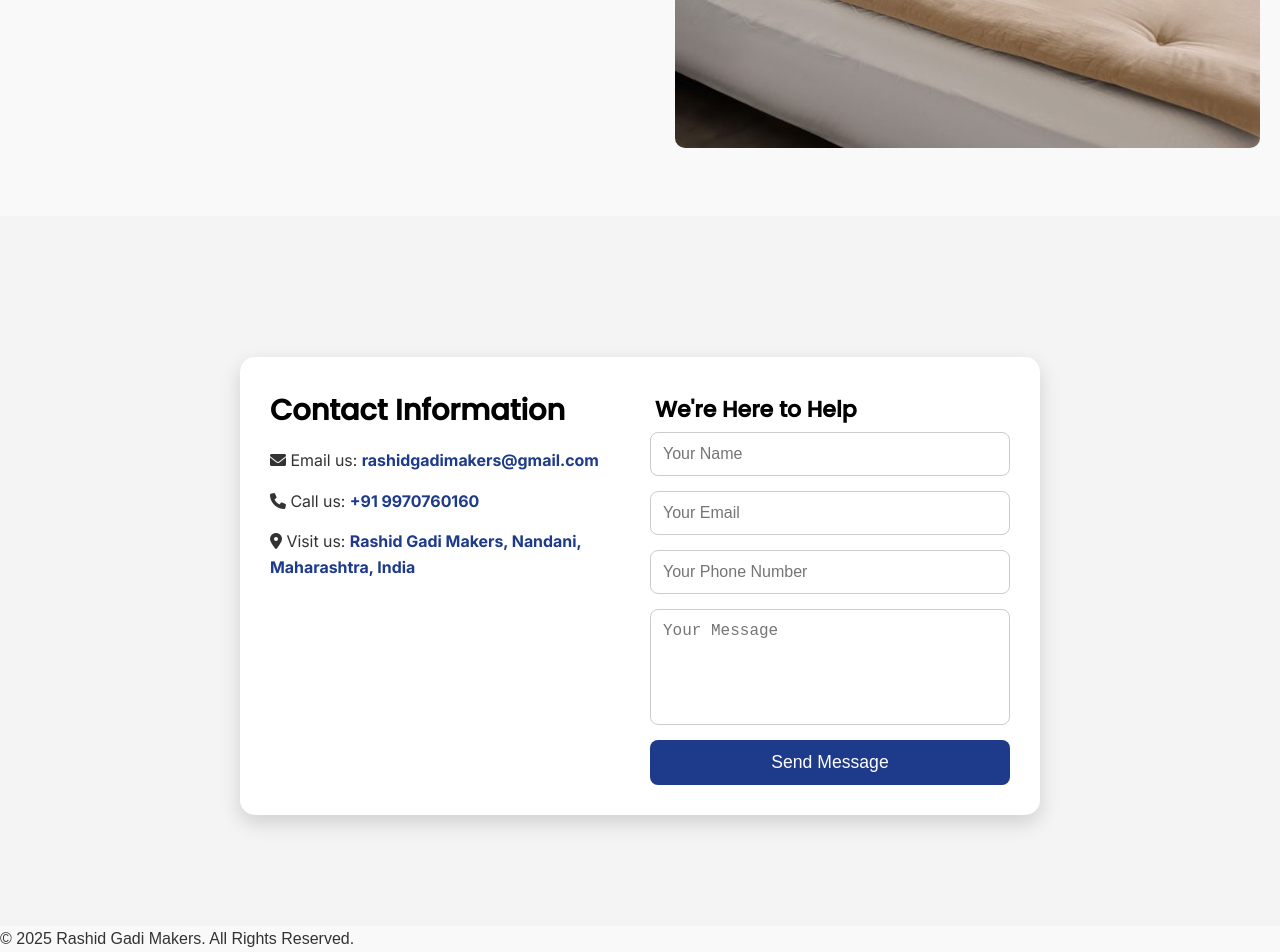
Repository: nadafgroup/rashidgadiUI
Page: src/home.html
These files come from the project's save history. The page is drawn as it stood at one moment and after the next save; the edit follows.
The browser window is 1280 px wide. The pictures show the part of the page from y = 2098 to 3050 px (the page is 3050 px tall).
A picture or video elsewhere on the page could not be fetched, so the positions and the page height are approximate.

Above is the page before, as saved 2025-01-30 18:18:36.

### src/home.html
<!DOCTYPE html>
<html lang="en">
<head>
    <meta charset="UTF-8">
    <meta name="viewport" content="width=device-width, initial-scale=1.0">
    <title>Rashid Gadi Makers</title>
   <link rel="stylesheet" href="./home.css">
</head>
<body>
    <!-- Navbar -->
    <nav class="navbar">
        <div class="logo">
            <img src="../assets/img/logo2.png" alt="">
        </div>
        <ul id="navbar-links">
            <li><a href="#home">Home</a></li>
            <li><a href="#services">Services</a></li>
            <li><a href="#about">About Us</a></li>
            <li><a href="#contact">Contact Us</a></li>
        </ul>
        <!-- Hamburger Icon -->
        <div class="hamburger-icon" id="hamburger-icon">
            <div class="bar"></div>
            <div class="bar"></div>
            <div class="bar"></div>
        </div>
    </nav>

    <!-- Hero Section -->
    <div class="hero" id="home">
        <div class="content">
            <h1>Welcome to Rashid Gadi Makers</h1>
            <p>Your one-stop solution for premium mattresses and pillows.</p>
        </div>
    </div>

 <!-- Services Section -->
<section class="services" id="services">
    <div class="container">
        <!-- Row for layout -->
        <div class="row">
            <!-- Image on the left -->
            <div class="services-image">
                <img src="../assets/img/11288324.png" alt="Services Image" />
            </div>
            <!-- Services content on the right -->
            <div class="services-content">
                <div class="text">
                <h2>Our Services</h2>
                <p>
                    We specialize in crafting high-quality mattresses, pillows, and other bedding
                    essentials to enhance your comfort and well-being.
                </p>
            </div>
                <!-- Services cards -->
                <div class="services-container">
                    <div class="service-card">
                        <h3>Bed Mattresses</h3>
                        <p>Experience unparalleled comfort with our premium bed mattresses, designed for restful nights.</p>
                        <button class="btn-more" onclick="openBed()">More</button>
                    </div>
                    <div class="service-card">
                        <h3>Pillows</h3>
                        <p>Luxurious and ergonomic pillows to ensure the perfect head and neck support.</p>
                        <button class="btn-more" onclick="openPillow()">More</button>
                    </div>
                    <div class="service-card">
                        <h3>Sofa Mattresses</h3>
                        <p>Custom-made sofa mattresses, combining style and comfort for your living space.</p>
                        <button class="btn-more" onclick="openSofa()">More</button>
                    </div>
                    <div class="service-card">
                        <h3>Mattress Repair</h3>
                        <p>Extend the life of your mattresses with our professional repair services.</p>
                        <button class="btn-more" onclick="openRepair()">More</button>
                    </div>
                    <div class="service-card">
                        <h3>Mattress Rent</h3>
                        <p>Rent hygienic, premium mattresses for temporary comfort ideal for guests, events, or short stays!</p>
                        <button class="btn-more" onclick="openRent()">More</button>
                    </div>

                    <div class="service-card">
                        <h3>Furniture</h3>
                        <p>"Discover stylish sofas, wardrobes, beds, and sofa beds in our furniture sale quality and comfort at great prices!"</p>
                        <button class="btn-more"  onclick="openFurniture()">More</button>
                    </div>
                </div>
            </div>
        </div>
    </div>
</section>




    <!-- About Us Section -->
<section class="about" id="about">
    <div class="about-container">
        <div class="about-text">
            <h2>About Us</h2>
            <p>
                At Rashid Gadi Makers, we've been creating high-quality mattresses and furniture since <b>1980</b>. Our mission is to provide comfort and support to our customers through premium bedding solutions. Whether you need a mattress, pillow, or custom furniture, we are here to meet all your needs with dedication and care.
            </p>
            <p>
                Located in Nandani, Maharashtra, we are proud to offer both direct sales and rental services. Our experienced team ensures the highest standards of quality and customer satisfaction. Trust us to deliver comfort for your home, office, or special events.
            </p>
        </div>
        <div class="about-image">
            <img src="../assets/img/about.jpg" alt="About Us">
        </div>
    </div>
</section>
    <!-- Contact Section -->
    <section id="contact">
        <div class="contacts-card">
            <div class="contact-page">
              <div class="main-content">
                  <div class="contact-card">
                     <!-- Include Font Awesome -->
<link rel="stylesheet" href="https://cdnjs.cloudflare.com/ajax/libs/font-awesome/6.0.0-beta3/css/all.min.css">

<div class="left-section">
    <h2>Contact Information</h2>
    <p>
        <i class="fas fa-envelope"></i> Email us:
        <a href="mailto:rashidgadimakers@gmail.com">rashidgadimakers@gmail.com</a>
    </p>
    <p>
        <i class="fa-solid fa-phone"></i> Call us:
        <a href="https://wa.me/+919970760160" target="_blank">+91 9970760160</a>
    </p>
    <p>
        <i class="fas fa-map-marker-alt"></i> Visit us:
        <a href="https://maps.app.goo.gl/m8q8q5HykzyQH5MR8" target="_blank">Rashid Gadi Makers, Nandani, Maharashtra, India</a>
    </p>
</div>


                      <div class="form-section">
                        <h2>We're Here to Help</h2>

                            <form action="https://api.web3forms.com/submit"  method="POST">

                              <!-- Web3Forms Access Key -->
                              <input type="hidden" name="apikey" value="6542ae57-249f-4950-9753-bf0288999d5a">
                              <input type="text"  name="name" id="name" placeholder="Your Name" required>
                              <input type="email"  name="email" id="email"  placeholder="Your Email" required>
                              <input type="phone"  name="phone" id="phone" placeholder="Your Phone Number" maxlength="10"
                              oninput="validatePhone(this)"  required>
                              <textarea rows="5" id="message"  name="message" placeholder="Your Message" required></textarea>
                              <button type="submit" >Send Message</button>
                          </form>
                      </div>
                  </div>
              </div>


          </div>
        </div>
    </section>

    <!-- Footer -->
    <footer>
        <p>&copy; 2025 Rashid Gadi Makers. All Rights Reserved.</p>
    </footer>

    <!-- WhatsApp Icon -->
<div class="whatsapp-icon" id="whatsapp-icon">
    <a href="https://wa.me/+919970760160" target="_blank">
        <img src="../assets/img/whatsapp (5).webp" alt="WhatsApp" style="width: 60px; height: auto;">
    </a>
</div>

</body>
<script src="./home.js"></script>
</html>

### src/home.css
@font-face {
    font-family: 'poppins';
    src: url('../assets/fonts/Poppins/Poppins-Medium.ttf') format('truetype');
}



@font-face {
    font-family: 'inter';
    src: url('../assets/fonts/Inter/Inter-VariableFont_opsz\,wght.ttf') format('truetype');
}

@font-face {
    font-family: 'Exo';
    src: url('../assets/fonts/Exo2-VariableFont_wght.ttf') format('truetype');
}


 * {
    margin: 0;
    padding: 0;
    box-sizing: border-box;
}

body {
    font-family: Arial, sans-serif;
    line-height: 1.6;
    background-color: #f9f9f9;
    color: #333;
}


.navbar {
    display: flex;
    justify-content: space-between;
    align-items: center;
    background-color: #23486A;
    color: white;
    position: sticky;
    top: 0;
    z-index: 1000;
}

.navbar .logo {
    font-size: 1.5rem;
    font-weight: bold;
}

.navbar ul {
    list-style: none;
    display: flex;
}

.navbar ul li {
    margin: 0 15px;
}

.navbar ul li a {
    text-decoration: none;
    color: white;
    transition: color 0.3s;
    font-family: 'poppins';
}

.navbar ul li a:hover {
    color: #ddd;
}

.logo img{
    width: auto;
    height: 50px;
    margin: 20px;
    margin-bottom: 0px;
}

.hero {
    display: flex;
    justify-content: center;
    align-items: center;
    text-align: center;
    background: url('../assets/img/1.webp') no-repeat center center/cover;
    height: 100vh;
    padding: 20px;
    animation: fadeIn 1.5s ease-in-out;
}

@keyframes fadeIn {
    from {
        opacity: 0;
        transform: translateY(-20px);
    }
    to {
        opacity: 1;
        transform: translateY(0);
    }
}



.content{
    backdrop-filter: blur(1px) saturate(180%);
    -webkit-backdrop-filter: blur(1px) saturate(180%);
    background-color: rgba(255, 255, 255, 0.74);
    border-radius: 12px;
    border: 1px solid rgba(209, 213, 219, 0.3);
    padding: 20px;
}

.content h1 {
    font-size: 3rem;
    background: linear-gradient(to right, #5c5cbe, #2b84c4);
    -webkit-background-clip: text;
    -webkit-text-fill-color: transparent;
    font-family: 'poppins';
}

.content p {
    font-size: 1.2rem;
    font-family: 'inter';

}



.services {
    padding: 0px 0;
    background-color: #f9f9f9;
}

.container {
    height: 100vh;
    background-color: #d9e8f2;
    display: flex;
    flex-direction: row;

}

.services-image img {
    max-width: 100%;
    height: auto;
    border-radius: 8px;
    margin-top: 30vh;
}

.row {
    display: flex;
    flex-wrap: wrap;
    width: 100%;
}


.services-image {
    flex: 1;
    order: 2;
    text-align: center;
}

.services-content {
    flex: 2;
    order: 1;
    padding-right: 30px;
    margin-top: 17vh;
}


.services-container {
    display: grid;
    grid-template-columns: repeat(3, 1fr);
    gap: 20px;
    padding: 20px;
}


@media (max-width: 992px) {

    .row {
        flex-direction: column;
    }

    .services-content, .services-image {
        order: unset;
        flex: unset;
        width: 100%;
    }

    .services-container {
        grid-template-columns: repeat(2, 1fr);
    }
}

@media (max-width: 576px) {
    .row {
        flex-direction: column;
    }

    .services-content {
        order: 1;
        text-align: center;
        padding: 20px;
    }

    .services-image {
        order: 2;
        text-align: center;
    }

    .services-container {
        grid-template-columns: repeat(1, 1fr);
    }
}

.text{
    text-align: left;
    padding: 20px;
}

.text h2 {
    font-size: 2rem;
    color: #333;
    font-family: 'poppins';
    margin-bottom: 0px;
}

.text p {
    font-size: 1rem;
    color: #666;
    font-family: 'inter';
}

.service-card {
    background: #fff;
    border: 1px solid #ddd;
    border-radius: 8px;
    padding: 20px;
    text-align: center;
    transition: box-shadow 0.3s ease;
}

.service-card:hover {
    box-shadow: 0 4px 8px rgba(0, 0, 0, 0.1);
}

.service-card h3 {
    margin-bottom: 10px;
    font-size: 1.2rem;
    color: #333;
    font-family: 'Exo';
}

.service-card p {
    font-size: 0.9rem;
    margin-bottom: 15px;
    color: #666;
    font-family: 'inter';
}

.btn-more {
    padding: 10px 20px;
    background: #007bff;
    color: #fff;
    border: none;
    border-radius: 4px;
    cursor: pointer;
    font-size: 0.9rem;
}

.btn-more:hover {
    background: #0056b3;
}




.about {
    padding: 60px 20px;
    background-color: #f9f9f9;
}

.about-container {
    display: flex;
    flex-wrap: wrap;
    align-items: center;
    justify-content: center;
    gap: 30px;
}

.about-text {
    flex: 1;
    min-width: 300px;
    text-align: left;
    padding: 20px;
}

.about-text h2 {
    font-family: 'Poppins';
    font-size: 2.5rem;
    color: #333;
    margin-bottom: 20px;
}

.about-text p {
    font-size: 1.1rem;
    color: #666;
    line-height: 1.8;
    font-family: 'Inter';
    margin-bottom: 20px;
}

.about-image {
    flex: 1;
    min-width: 300px;
    text-align: center;
}

.about-image img {
    max-width: 100%;
    height: auto;
    border-radius: 10px;
    margin-top: 80px;
}


@media (max-width: 768px) {
    .about-container {
        flex-direction: column;
        text-align: center;
    }
}






#contact{
    background-color: #f4f4f4;
}

.contact-page {
    display: flex;
    flex-direction: column;

    min-height: calc(100vh - 40px);




}

.contacts-card {
    width: 100%;
    padding-top: 30px;
}

.main-content {
    flex: 1;
    display: flex;
    justify-content: center;
    align-items: center;
}


.contact-card {
    background: white;
    padding: 30px;
    border-radius: 15px;
    box-shadow: 0 8px 20px rgba(0, 0, 0, 0.15);
    max-width: 800px;
    width: 100%;
    display: flex;
    flex-wrap: wrap;
    gap: 20px;
}

.contact-card .left-section {
    flex: 1;
    min-width: 300px;

}

.contact-card .left-section h2 {
    font-family: 'Poppins';
    font-size: 1.8rem;
    color: #000000;
    text-align: left;
}

.contact-card .left-section p {
    font-size: 1rem;
    margin: 15px 0;
    line-height: 1.6;
    font-family: 'Inter';
    text-align: left;
}

.contact-card .left-section a {
    color: #1e3a8a;
    text-decoration: none;
    font-weight: bold;
    text-align: left;
}

.contact-card .left-section a:hover {
    text-decoration: underline;
}

.contact-card .form-section {
    flex: 1;
    min-width: 300px;
}

.contact-card .form-section form {
    display: flex;
    flex-direction: column;
    gap: 15px;
}

.contact-card .form-section form input,
.contact-card .form-section form textarea {
    width: 100%;
    padding: 12px;
    font-size: 1rem;
    border: 1px solid #ccc;
    border-radius: 8px;
    outline: none;
}

.contact-card .form-section form textarea {
    resize: none;
}

.contact-card .form-section form button {
    padding: 12px;
    background-color: #1e3a8a;
    color: white;
    border: none;
    border-radius: 8px;
    font-size: 1.1rem;
    cursor: pointer;
    transition: background-color 0.3s ease;
}

.contact-card .form-section form button:hover {
    background-color: #163574;
}

.form-section h2 {
    font-family: 'Poppins';
    font-size: 22px;
    color: #000000;
    margin-left: 0px;
    margin: 5px;
}



@media (max-width: 576px){
  .content{
    margin-bottom: 100%;
  }
}


 /* General mobile responsiveness */
@media (max-width: 992px) {
    /* Adjusting the Services Section */
    .services-container {
        grid-template-columns: 1fr; /* 1 card per row */
    }

    .services-content, .services-image {
        order: unset;
        flex: unset;
        width: 100%;
    }

    .container {
        flex-direction: column; /* Stacks image and content vertically */
        height: auto; /* Remove full viewport height to avoid overflowing */
    }

    /* Navbar styling for smaller screens */
    .navbar ul {
        flex-direction: column; /* Stack navbar items vertically */
        text-align: center;
        padding: 10px 0;
    }

    .navbar ul li {
        margin: 10px 0;
    }

    /* Hero Section */
    .hero {
        height: 90vh;
        padding: 10px;
    }



    .content h1 {
        font-size: 2.5rem; /* Reduce text size for smaller screens */
    }

    .content p {
        font-size: 1rem;
    }

    /* About Section */
    .about-container {
        flex-direction: column;
        text-align: center;
    }

    .about-image {
        margin-top: 20px;
    }

    .about-text h2 {
        font-size: 2rem;
    }

    /* Contact Section */
    .contact-card {
        flex-direction: column; /* Stack form and contact details vertically */
        align-items: center;
        padding: 20px;
    }

    .contact-card .left-section, .contact-card .form-section {
        width: 100%;
        text-align: center;
    }

    .contact-card .left-section p, .contact-card .left-section a {
        text-align: center;
    }

    .contact-card .form-section form {
        width: 100%;
        padding: 0;
    }

    .contact-card .form-section form input,
    .contact-card .form-section form textarea,
    .contact-card .form-section form button {
        width: 100%;
        padding: 12px;
        margin-bottom: 10px;
    }

    /* Footer */
    footer {
        text-align: center;
        padding: 20px;
        font-size: 0.9rem;
    }
}

@media (max-width: 576px) {
    /* Adjusting font sizes further for very small screens (e.g., phones in portrait) */
    .content h1 {
        font-size: 2rem; /* Reduce the hero heading size */
    }

    .content p {
        font-size: 0.9rem; /* Reduce the hero paragraph font size */
    }

    .services-container {
        grid-template-columns: 1fr; /* Ensure only 1 card per row */
    }

    .service-card {
        padding: 15px; /* Reduce card padding */
        font-size: 0.9rem;
    }

    .service-card h3 {
        font-size: 1rem;
    }

    .about-text p {
        font-size: 0.95rem;
    }

    .about-text h2 {
        font-size: 1.8rem; /* Adjust about section heading size */
    }

    .btn-more {
        padding: 8px 16px; /* Reduce button padding */
        font-size: 0.8rem;
    }
}

/* Hamburger Icon */
.hamburger-icon {
    display: none; /* Initially hidden */
    flex-direction: column;
    cursor: pointer;
    z-index: 1001;
    margin-right: 20px;
}

.hamburger-icon .bar {
    width: 25px;
    height: 4px;
    margin: 4px 0;
    background-color: white;
    border-radius: 5px;
}

@media (max-width: 768px) {
    .navbar ul {
        display: none; /* Hide the navbar items on small screens */
        flex-direction: column;
        width: 100%;
        position: absolute;
        top: 60px; /* Adjust according to the height of the navbar */
        left: 0;
        background-color: #23486A;
        padding: 10px 0;
    }

    .navbar ul li {
        margin: 10px 0;
        text-align: center;
    }

    .hamburger-icon {
        display: flex; /* Show hamburger icon on small screens */
    }

    /* Navbar items when hamburger icon is clicked */
    .navbar.active ul {
        display: flex;
    }
}

/* WhatsApp Icon */
.whatsapp-icon {
    position: fixed;
    bottom: 20px;
    right: 20px;
    /* background-color: #25D366; */
    border-radius: 50%;
    padding: 15px;
    /* box-shadow: 0 4px 10px rgba(0, 0, 0, 0.2); */
    animation: bounce 2s infinite;
    z-index: 1000;
}

.whatsapp-icon img {
    width: 40px;
    height: 40px;
}

/* Bounce Animation */
@keyframes bounce {
    0%, 20%, 50%, 80%, 100% {
        transform: translateY(0);
    }
    40% {
        transform: translateY(-10px);
    }
    60% {
        transform: translateY(-5px);
    }
}

### src/home.js
 // Function to handle the button click event
 function openBed() {
   window.location.href = 'bed.html';
 }

 function openPillow() {
   window.location.href = 'pillow.html';
 }

 function openSofa() {
   window.location.href = 'sofa.html';
 }


 function openRepair() {
   window.location.href = 'repair.html';
 }

 function openRent() {
   window.location.href = 'rent.html';
 }

 function openFurniture() {
  window.location.href = 'furniture.html';
}


// JavaScript to toggle the navbar on click
document.getElementById('hamburger-icon').addEventListener('click', function() {
  var navbar = document.querySelector('.navbar');
  navbar.classList.toggle('active');
});

After the next save:
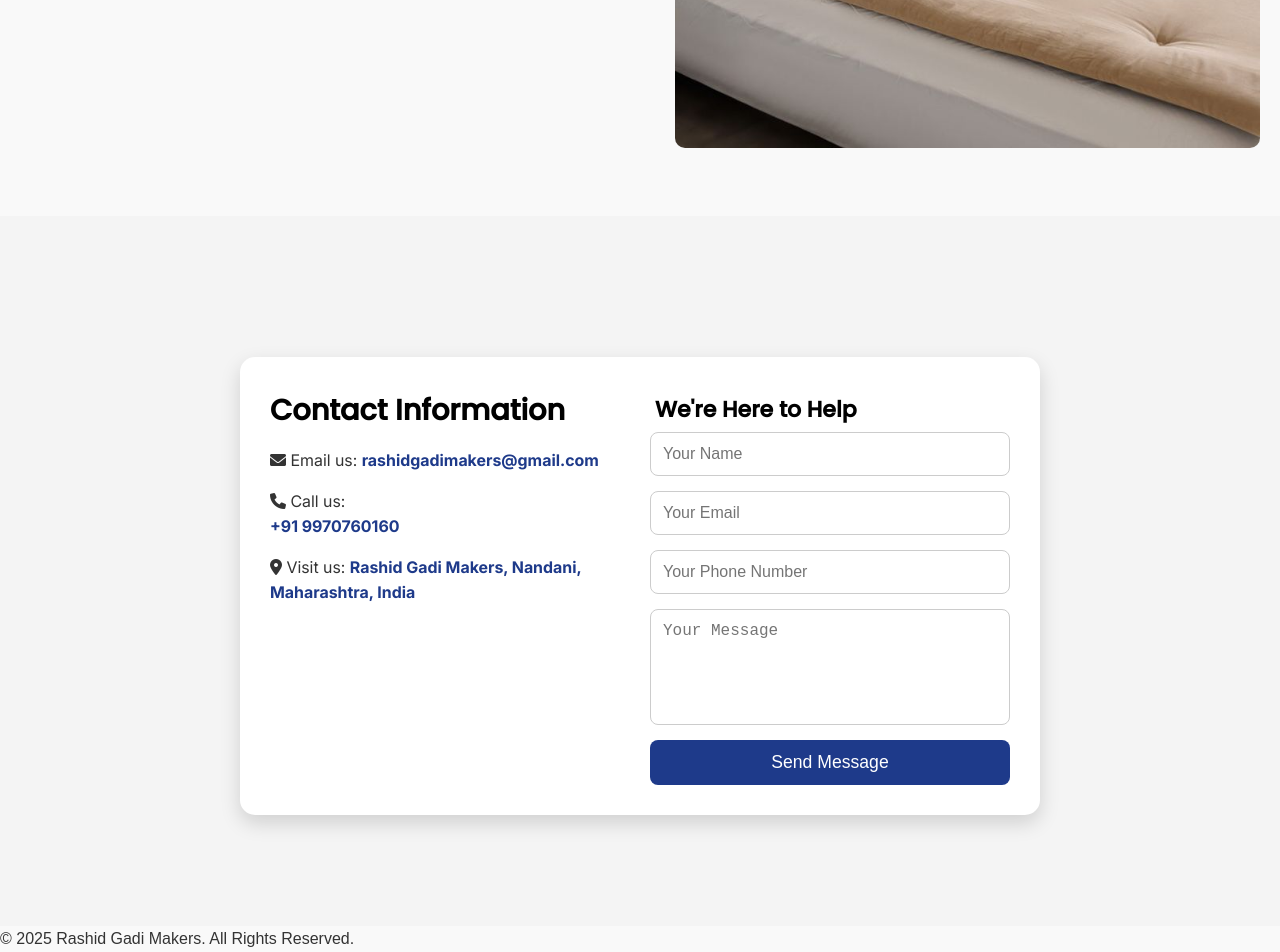
Saved 15 s later.
--- a/src/home.html
+++ b/src/home.html
@@ -127,7 +127,7 @@
         <a href="mailto:rashidgadimakers@gmail.com">rashidgadimakers@gmail.com</a>
     </p>
     <p>
-        <i class="fa-solid fa-phone"></i> Call us:
+        <i class="fa-solid fa-phone"></i> Call us: <br>
         <a href="https://wa.me/+919970760160" target="_blank">+91 9970760160</a>
     </p>
     <p>
